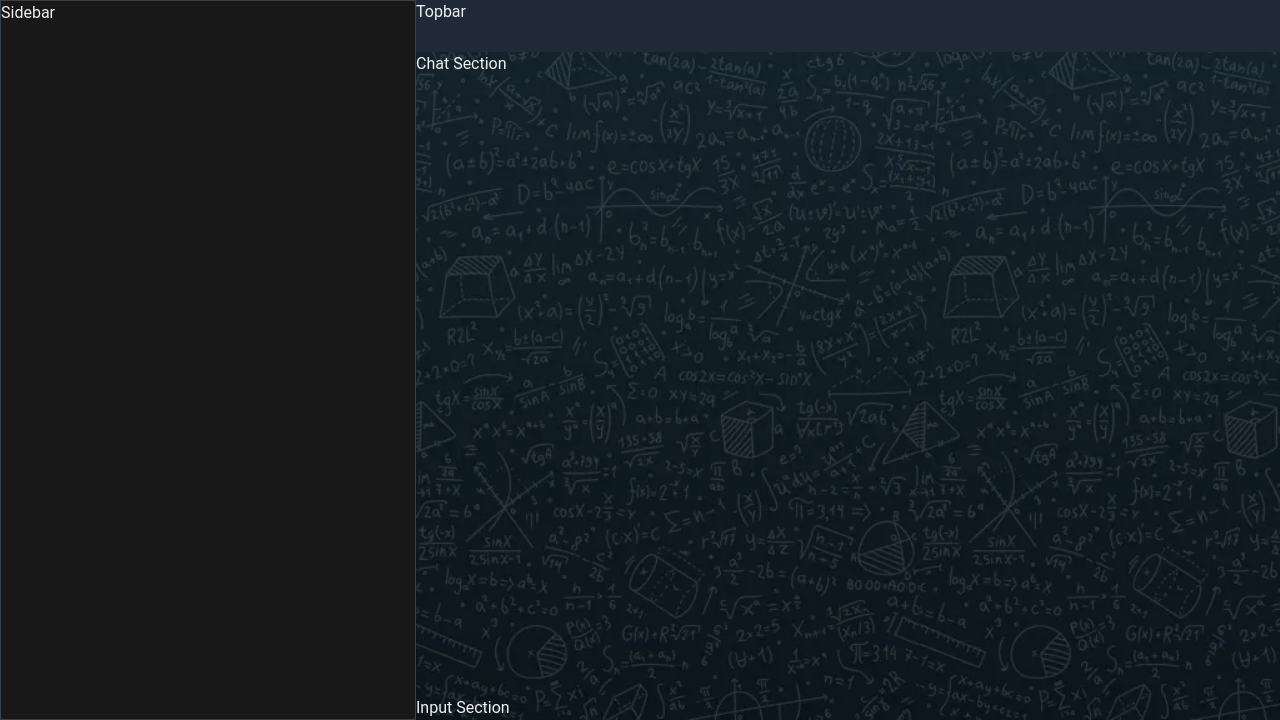
Repository: Qu4ntumGuy/telegram-clone
Page: /
An editor plug-in stored every save of this project. The page is shown before and after the next save, followed by the edit.
The browser window is 1280 px wide. The pictures show the whole page.
The project was rebuilt for these pictures with package versions that can differ from the ones it lists, and the page was loaded fresh each time. Also part of the build but not shown: src/Utils/ContextProvider.js.

Above is the page before, as saved 2024-07-15 11:36:37.

After the next save:
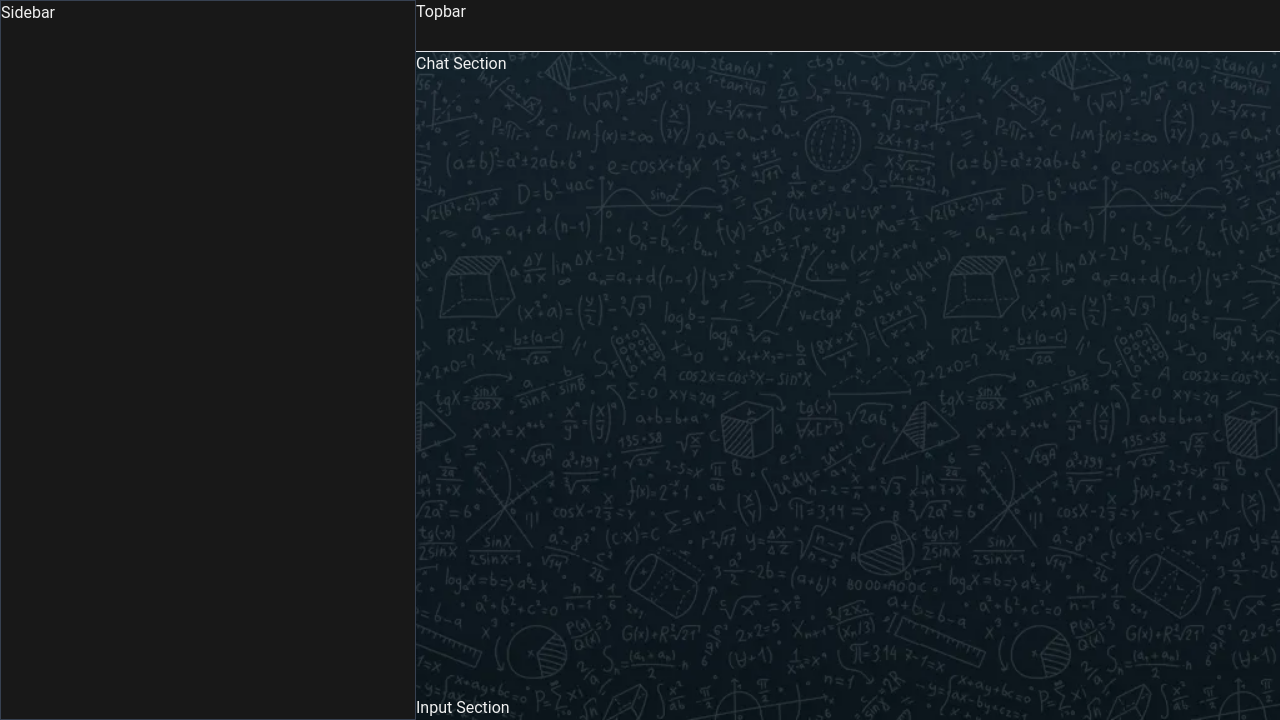
Saved 3 min 8 s later.
--- a/src/Pages/Home/Home.js
+++ b/src/Pages/Home/Home.js
@@ -17,9 +17,7 @@ function Home() {
       className="flex flex-col justify-center bg-cover h-screen w-full "
       style={{ backgroundImage: `url(${backgroundImage})` }}
     >
-      <div className="top-0 mb-auto h-14 border-b border-gray-800 bg-gray-800">
-        Topbar
-      </div>
+      <div className="top-0 mb-auto h-14 border-b  bg-[#181818]">Topbar</div>
       <div className="flex flex-col h-full">
         <div className="top-0">Chat Section</div>
         <div className="bottom-0 mt-auto">Input Section</div>
